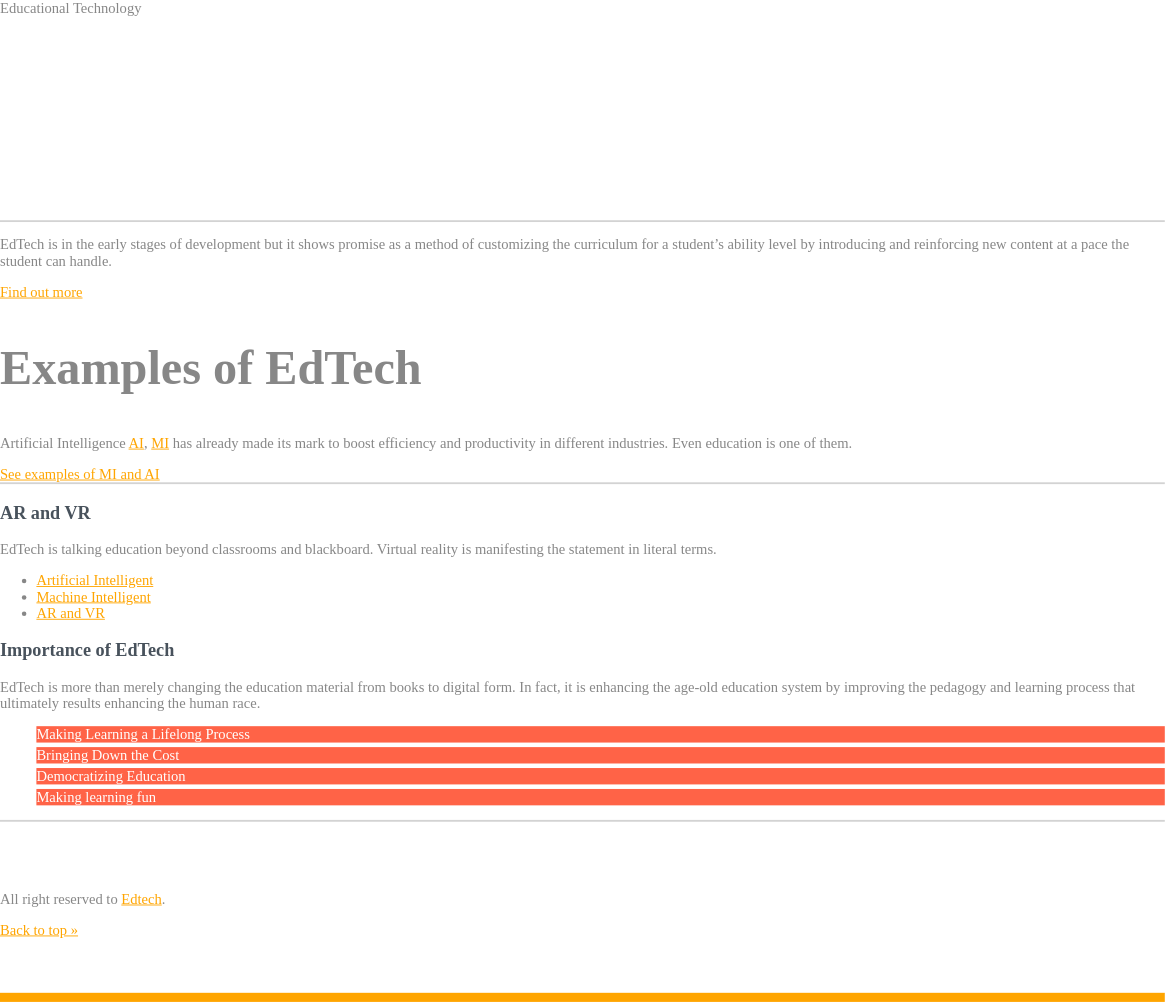
Repository: tunmishyi/edtech
Page: index.html
The author's editor kept a copy of each file at every save. The page is drawn from the files as they stood at one save, then again after the next save.
The browser window is 1280 px wide. The pictures show the whole page, at 91% of full size.

Above is the page before, as saved 2020-06-06 21:22:09.

After the next save:
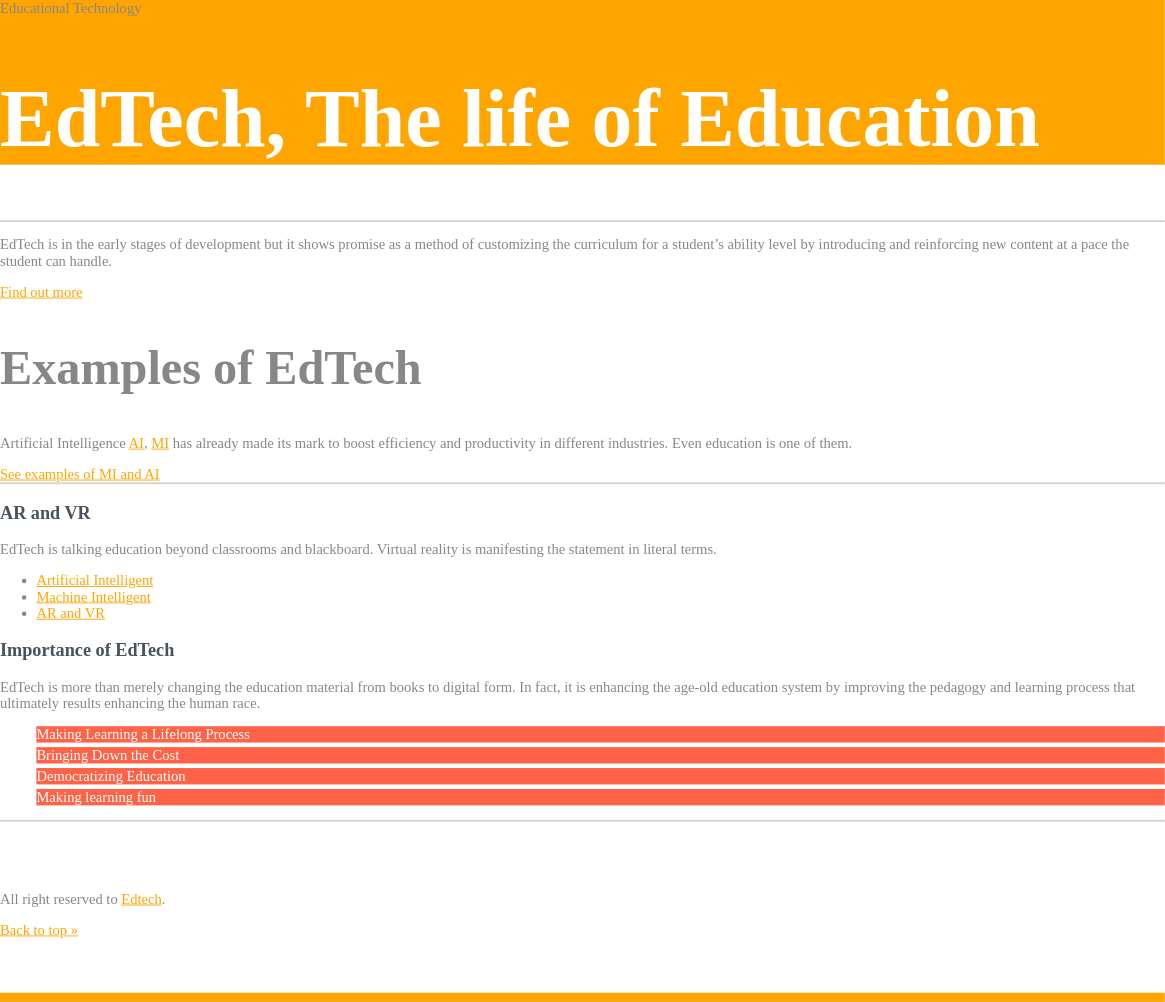
Saved 36 s later.
--- a/style.css
+++ b/style.css
@@ -24,6 +24,10 @@ h1 {
         padding-top: 60px;
         padding-bottom: 60px;
         border-bottom: solid 10px orange;
+    }
+
+    .main-header {
+        background-color: orange;
     }
 
     .title {
